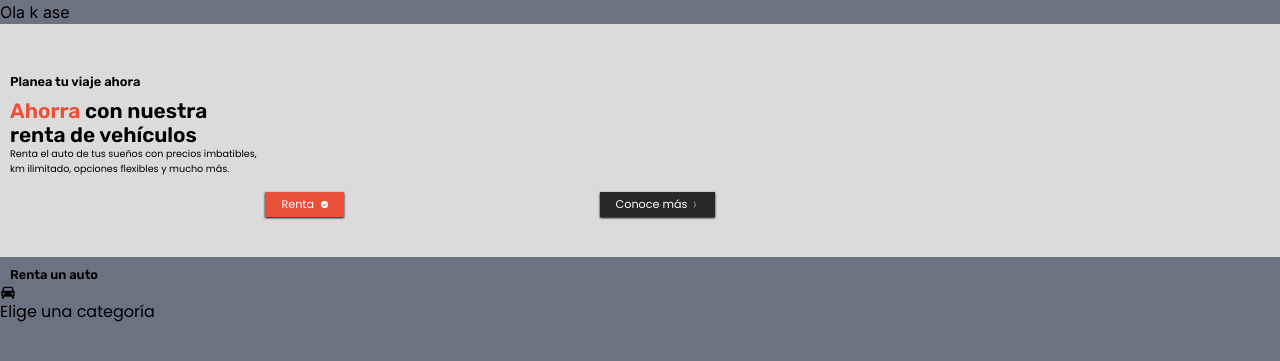
Repository: aldovelacasas/PF_RentCar2
Page: /homePage
An editor plug-in stored every save of this project. The page is shown before and after the next save, followed by the edit.
The browser window is 1280 px wide. The pictures show the whole page.
The project was rebuilt for these pictures with package versions that can differ from the ones it lists, and the page was loaded fresh each time. Some packages were replaced by stand-ins written for this rebuild. The framework's server and built-in components were replaced by stand-ins that run in the browser. Also part of the build but not shown: next.config.js.

Above is the page before, as saved 2023-08-29 19:47:23.

### src/app/layout.jsx
import "./globals.css";
import { Inter } from "next/font/google";

const inter = Inter({ subsets: ["latin"] });

export const metadata = {
  title: "Create Next App",
  description: "Generated by create next app",
};

export default function RootLayout({ children }) {
  return (
    <html lang="en">
      <body className={inter.className}>
        <h1>Ola k ase</h1>
        <div className="h-[calc(100vh-5rem)]">{children}</div>
      </body>
    </html>
  );
}

### src/app/homePage/page.jsx
import { Rubik, Poppins } from "next/font/google";
import { BsChevronCompactRight, BsCheckCircleFill } from "react-icons/bs";
import { BiSolidCar } from "react-icons/bi";

const fontRubik = Rubik({
  weight: "600",
  subsets: ["latin"],
});

const fontPoppins = Poppins({
  weight: "400",
  subsets: ["latin"],
});
const poppins = fontPoppins.className;
const rubik = fontRubik.className;

function HomePage() {
  return (
    <>
      <header className={`bg-gris_fondo ${rubik} space-y-0 space-x-2.5`}>
        <p className={`pt-12 ml-2.5 text-[0.8em] mb-2`}>
          Planea tu viaje ahora
        </p>
        <p className="text-[1.3em]  leading-6">
          <span className="text-naranja_enf">Ahorra </span>
          con nuestra
        </p>
        <p className="text-[1.3em] leading-6">renta de vehículos</p>
        <p className={`${poppins} text-[0.6em] mt-2`}>
          Renta el auto de tus sueños con precios imbatibles,
        </p>
        <p className={`${poppins} text-[0.6em] pb-4`}>
          km ilimitado, opciones flexibles y mucho más.
        </p>
        <div className="flex place-content-evenly w-3/4 mt-3 pb-10">
          <button
            className={`bg-naranja_enf text-white text-[0.7em] px-4 py-1 ${poppins} shadow-sm shadow-black hover:shadow-md hover:shadow-black active:shadow-inner active:shadow-black`}>
            Renta <BsCheckCircleFill className="inline pl-1" />
          </button>
          <button
            className={`bg-negro_fondo text-white text-[0.7em] px-4 py-1 ${poppins} shadow-sm shadow-black hover:shadow-md hover:shadow-black active:shadow-inner active:shadow-black`}>
            Conoce más
            <BsChevronCompactRight className="inline pl-1 stroke-slate-100 pr-0 mr-0" />
          </button>
        </div>
      </header>
      <form className={`${poppins}`}>
        <p className={`mt-2 ml-2.5 text-[0.8em] ${rubik}`}>Renta un auto</p>
        <label htmlFor="categoria">
          <BiSolidCar /> Elige una categoría
        </label>
      </form>
    </>
  );
}

export default HomePage;

### src/app/api/products/[id]/route.js
import { NextResponse } from "next/server";
import {conn} from "@/libs/mysql"

export async function GET(request,{params}){
  try {
    const result = await conn.query("SELECT * FROM product WHERE id = ?", [params.id])
    if(result.length === 0 ){
        return NextResponse.json(
         {
            message: "producto no encontrado",
         },
         {
            status:404,
         }
        );
    }
    return NextResponse.json(result[0])
  } catch (error) {
    return NextResponse.json(
        {
            message:error.message,
        },
        {status: 500}
    )
  }
}

export async function DELETE (request,{params} ){
    try {
     const result = await conn.query("DELETE FROM product WHERE id = ?", [params.id]);
     if(result.affectedRows === 0){
         return NextResponse.json({message:"Producto no encontrado"},{status:404})
     }

     return new Response (null, {status: 204})
 } catch (error) {
     return NextResponse.json({message:error.message},{status:500})
 }
    }

export async  function PUT(request, {params}){
   try {
    const data = await request.json()
    const result = await conn.query("UPDATE product SET ? WHERE id = ?", [data , params.id])

    if (result.affectedRows === 0) {
        return NextResponse.json(
        {
            message: "producto no encontrado",
        },
        {
            status: 400,
        }
        )
    }
     const updateProduct = await conn.query("SELECT * FROM product WHERE id = ?", [params.id])

  return NextResponse.json(updateProduct[0])

   } catch (error) {
    return NextResponse.json(
        {
            message: error.message,
        },
        { status: 500}
    )
   }
}

### src/app/api/products/route.js
import { NextResponse } from "next/server";
import {conn} from "@/libs/mysql";

export async function GET(){
    try {
        const results = await conn.query("SELECT * FROM product");
        return NextResponse.json(results)

    } catch (error) {
        return NextResponse.json(
        {
          message: error.message,
        },
        {
            status:500,
        }

        );
    }
}

    export async function POST (request) {
  try {
    const {name, price, year, model, capacity, type, description, image, transmission,  }= await request.json();

    const result  = await conn.query("INSERT INTO product SET ?", {
        name,
        price,
        year,
        model,
        capacity,
        type,
        transmission,
        image,
        description

    })

    return NextResponse.json({
        name,
        price,
        year,
        model,
        capacity,
        type,
        transmission,
        image,
        description,
        id: result.insertId,

    })

  } catch (error) {
    console.log(error);
    return NextResponse.json(
    {
        message: error.message,
    },
    {
        status:500,
    }
    );
  }

}

### src/app/globals.css
@tailwind base;
@tailwind components;
@tailwind utilities;

body {
   @apply bg-gray-500; /* Fondo más claro */
   color: gray-800; /* Texto oscuro */
}

### tailwind.config.js
/** @type {import('tailwindcss').Config} */
module.exports = {
  content: [
    "./src/pages/**/*.{js,ts,jsx,tsx,mdx}",
    "./src/components/**/*.{js,ts,jsx,tsx,mdx}",
    "./src/app/**/*.{js,ts,jsx,tsx,mdx}",
  ],
  theme: {
    extend: {
      backgroundImage: {
        "gradient-radial": "radial-gradient(var(--tw-gradient-stops))",
        "gradient-conic":
          "conic-gradient(from 180deg at 50% 50%, var(--tw-gradient-stops))",
      },
      colors: {
        gris_fondo: "#dbdbdb",
        gris_frente: "#e9e9e9",
        negro_fondo: "#282828",
        naranja_enf: "#ea4f39",
        rojo_status: "#e30613",
        verde_status: "#4aaf4d",
        amarillo_status: "#f0e400",
      },
    },
  },
  plugins: [],
};

Loaded but not shown: src/app/api/bookings/[id]/route.js (no copy from this time; the picture is the same without it); src/app/api/bookings/route.js (no copy from this time; the picture is the same without it); src/app/api/create-payment-intent/route.js (no copy from this time; the picture is the same without it); src/app/api/post/[id]/route.js (no copy from this time; the picture is the same without it); src/app/api/post/route.js (no copy from this time; the picture is the same without it); src/app/api/users/[id]/route.js (no copy from this time; the picture is the same without it); src/app/api/users/route.js (no copy from this time; the picture is the same without it)

After the next save:
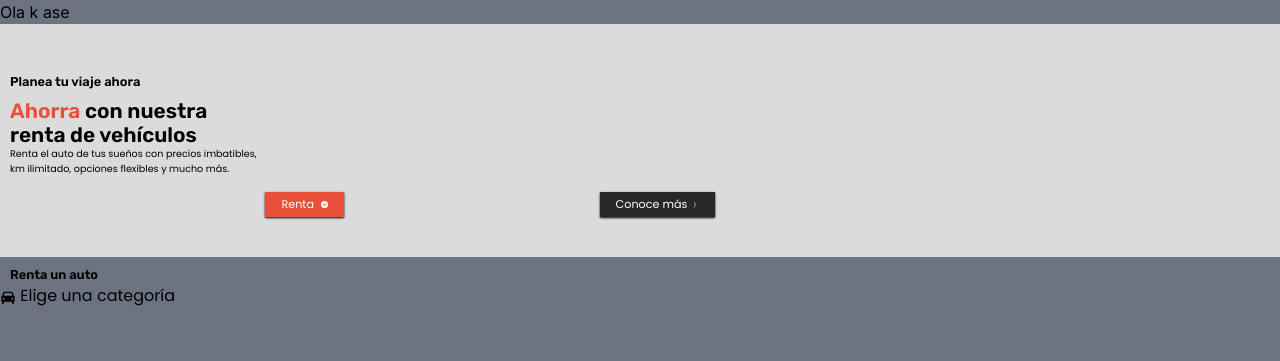
Saved 13 s later.
--- a/src/app/homePage/page.jsx
+++ b/src/app/homePage/page.jsx
@@ -47,7 +47,7 @@ function HomePage() {
       <form className={`${poppins}`}>
         <p className={`mt-2 ml-2.5 text-[0.8em] ${rubik}`}>Renta un auto</p>
         <label htmlFor="categoria">
-          <BiSolidCar /> Elige una categoría
+          <BiSolidCar className="inline" /> Elige una categoría
         </label>
       </form>
     </>
